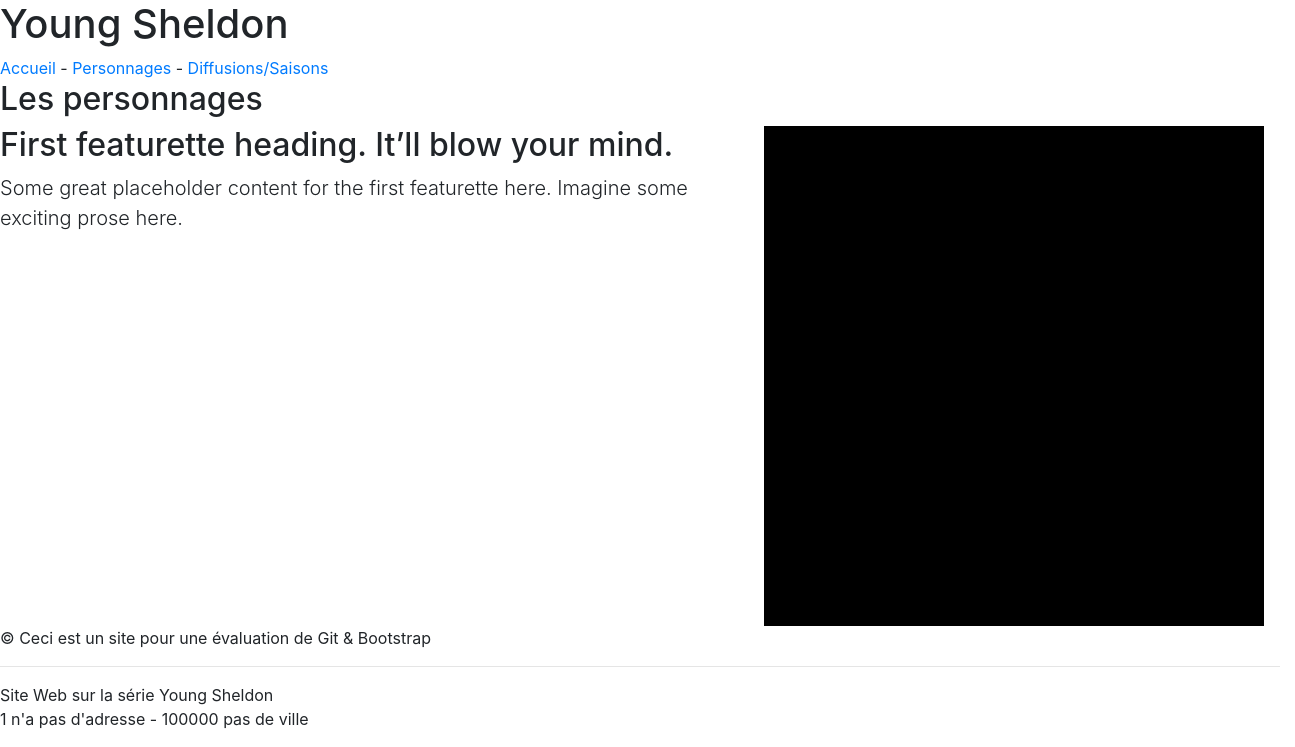
Repository: jkoz-dev/Site_Web_Young_Sheldon_KOZIEL.github.io
Page: personnages.html
An editor plug-in stored every save of this project. The page is shown before and after the next save, followed by the edit.
The browser window is 1280 px wide. The page is 1295 px wide, so the pictures cover 1295 px, including what lies to the right of the window. The pictures show the whole page.

Above is the page before, as saved 2025-12-12 11:32:37.

After the next save:
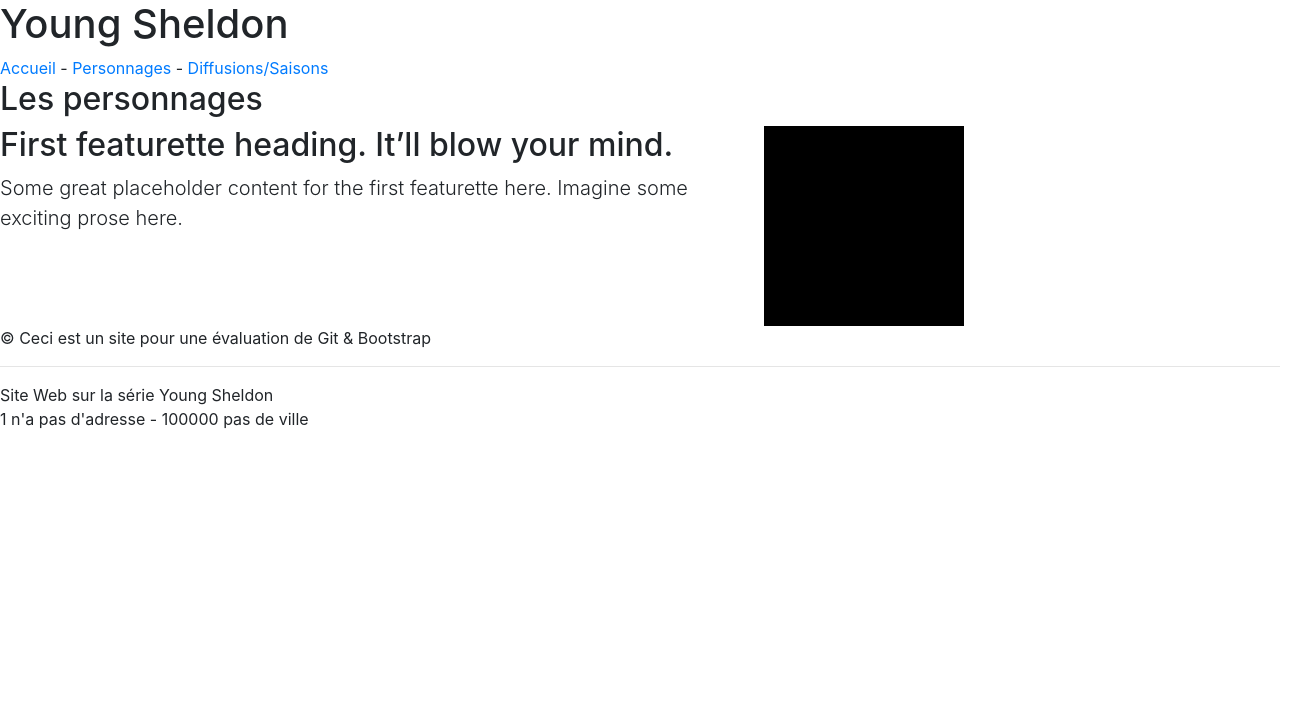
Saved 15 s later.
--- a/personnages.html
+++ b/personnages.html
@@ -30,8 +30,8 @@
                 here.</p>
         </div>
         <div class="col-md-5"> <svg aria-label="Placeholder: 500x500"
-                class="bd-placeholder-img bd-placeholder-img-lg featurette-image img-fluid mx-auto" height="500"
-                preserveAspectRatio="xMidYMid slice" role="img" width="500" src ="./images/sheldon_cooper.jpg">
+                class="bd-placeholder-img bd-placeholder-img-lg featurette-image img-fluid mx-auto" height="200"
+                preserveAspectRatio="xMidYMid slice" role="img" width="200" src ="./images/sheldon_cooper.jpg">
                 <title>Placeholder</title>
                 <rect width="100%" height="100%" fill="var(--bs-secondary-bg)"></rect><text x="50%" y="50%"
                     fill="var(--bs-secondary-color)" dy=".3em">500x500</text>
